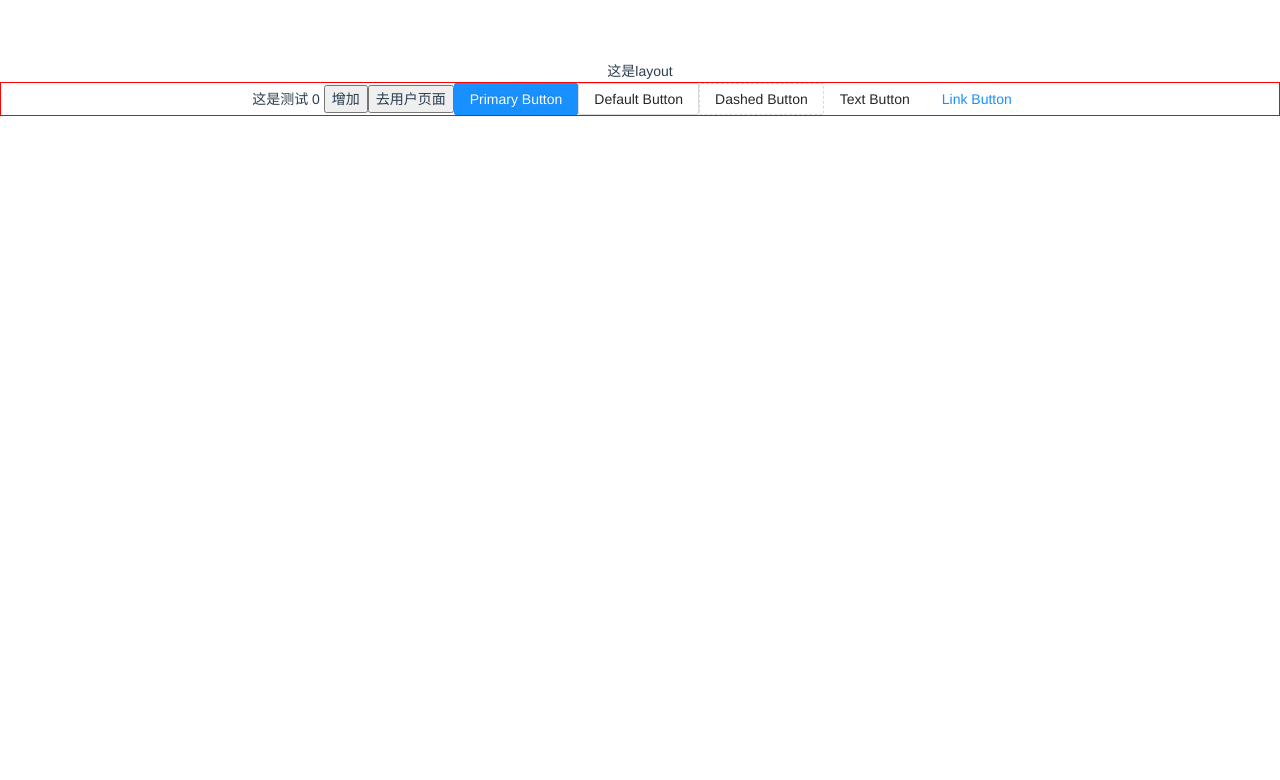
Repository: long3268671/vue3-vite-ts-antD
Page: /
An editor plug-in stored every save of this project. The page is shown before and after the next save, followed by the edit.
The browser window is 1280 px wide. The pictures show the whole page.
The project was rebuilt for these pictures with package versions that can differ from the ones it lists, and the page was loaded fresh each time. Also part of the build but not shown: vite.config.ts.

Above is the page before, as saved 2021-12-16 17:28:08.

### src/main.ts
import { createApp } from 'vue'
import App from './App.vue'
import router from './router/index'
import store, { key } from './store/index';
import Antd from 'ant-design-vue';
import 'ant-design-vue/dist/antd.css';
// base api
console.log(import.meta.env.VITE_APP_BASE_API);

// title
console.log(import.meta.env.VITE_APP_TITLE);

createApp(App).use(router).use(store, key).use(Antd).mount('#app')

### src/App.vue
<template>
  <router-view></router-view>
</template>

<style>
#app {
  font-family: Avenir, Helvetica, Arial, sans-serif;
  -webkit-font-smoothing: antialiased;
  -moz-osx-font-smoothing: grayscale;
  text-align: center;
  color: #2c3e50;
  margin-top: 60px;
}
</style>

### src/router/index.ts
import { createRouter, createWebHistory } from 'vue-router'
import routers from './config'
const router = createRouter({
    history: createWebHistory(),
    routes: routers
})
// 路由拦截器
router.beforeEach((to, from, next) => {
    // TODO: 自定义拦截内容

    next();
  });

export default router

### src/store/index.ts
import { createStore, useStore as baseUseStore, Store } from 'vuex';
import { InjectionKey } from 'vue';

export interface State {
  // TODO: 根据 state 实际内容修改
  count: number;
}

export const key: InjectionKey<Store<State>> = Symbol('store_key'); // key 内容随便填

export default createStore<State>({
  state: {
    // TODO: 根据实际内容修改
    count: 0
  },
  mutations: {
    increment(state) {
      state.count++;
    }
  },
  actions: {
    increment: ({ commit }) => {
      commit('increment');
    }
  },
  modules: {}
});
export function useStore() {
  return baseUseStore(key);
}

### src/router/config.ts
import { RouteRecordRaw } from 'vue-router'
let layout = () => import('@/layout/index.vue')
const routers:Array<RouteRecordRaw> = [

    {
        path: '/',
        name: 'index',
        component: layout,
        children:[
            {
                path: '',
                name: 'Home',
                component: () => import('@/views/Home/index.vue'),
            },
            {
                path: 'user',
                name: 'user',
                component: () => import('@/views/user/index.vue')
            },
        ]
    },

  ]
  export default routers

### src/layout/index.vue
<template>
    <div>
        这是layout
        <router-view></router-view>
    </div>
</template>

<script lang="ts">
export default {

}
</script>

<style>

</style>

### src/views/Home/index.vue
<template>
    <div class="box">
        这是测试
        {{count}}
        <button @click="addCount">增加</button>
        <button @click="goUser">去用户页面</button>
         <a-button type="primary">Primary Button</a-button>
         <a-button>Default Button</a-button>
        <a-button type="dashed">Dashed Button</a-button>
        <a-button type="text">Text Button</a-button>
        <a-button type="link">Link Button</a-button>
    </div>
</template>

<script lang="ts">
import {defineComponent,computed } from 'vue'
import {useRoute,useRouter} from 'vue-router'
import { useStore } from '@/store/index';
export default defineComponent({
    setup(){
        let useroute = useRoute();
        let userouter = useRouter();
        let store = useStore()
        let count = computed(()=>store.state.count)
        console.log('store',store)
        console.log(useroute,userouter)
        let goUser = ()=>{
            console.log(11111)
            userouter.push('./user')
        }
        let addCount = ()=>{
            store.commit('increment')
        }
        return {
            count,
            goUser,
            addCount
        }
    }
})
</script>

<style scoped lang="less">
.box{
    border: 1px solid red;
}
</style>

Loaded but not shown: index.html (common file)

After the next save:
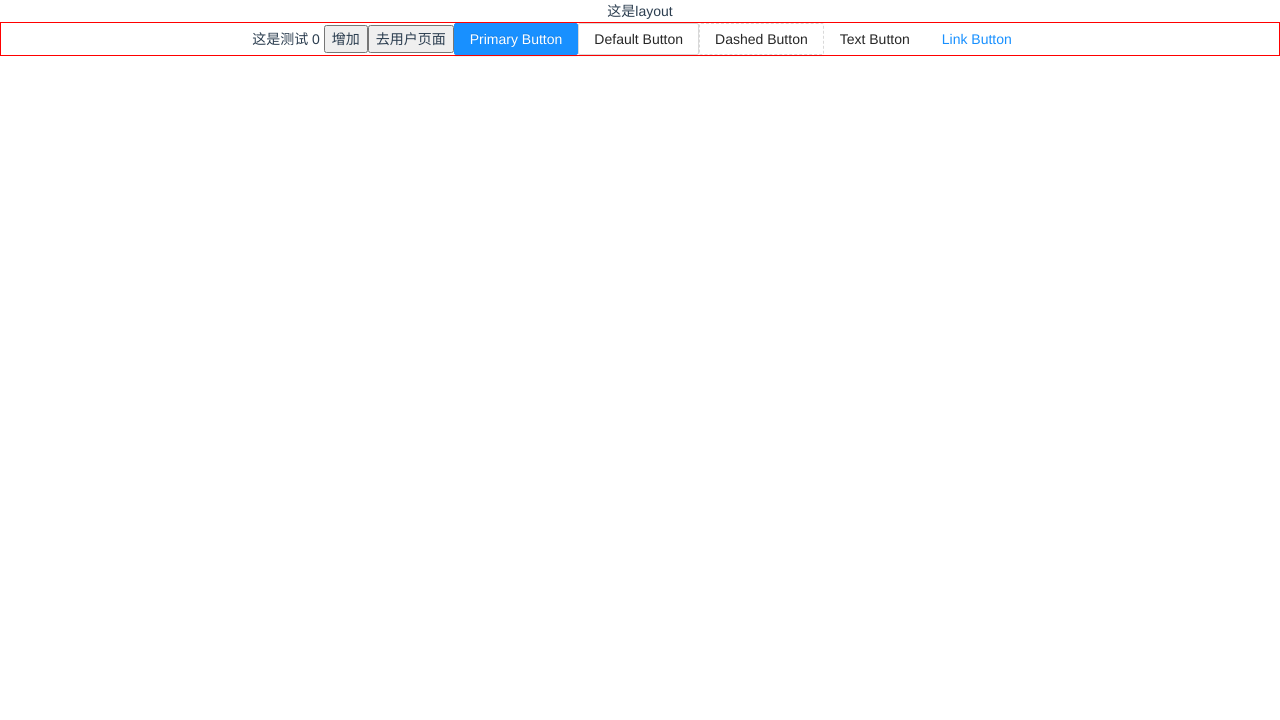
Saved 50 s later.
--- a/src/App.vue
+++ b/src/App.vue
@@ -9,6 +9,5 @@
   -moz-osx-font-smoothing: grayscale;
   text-align: center;
   color: #2c3e50;
-  margin-top: 60px;
 }
 </style>
